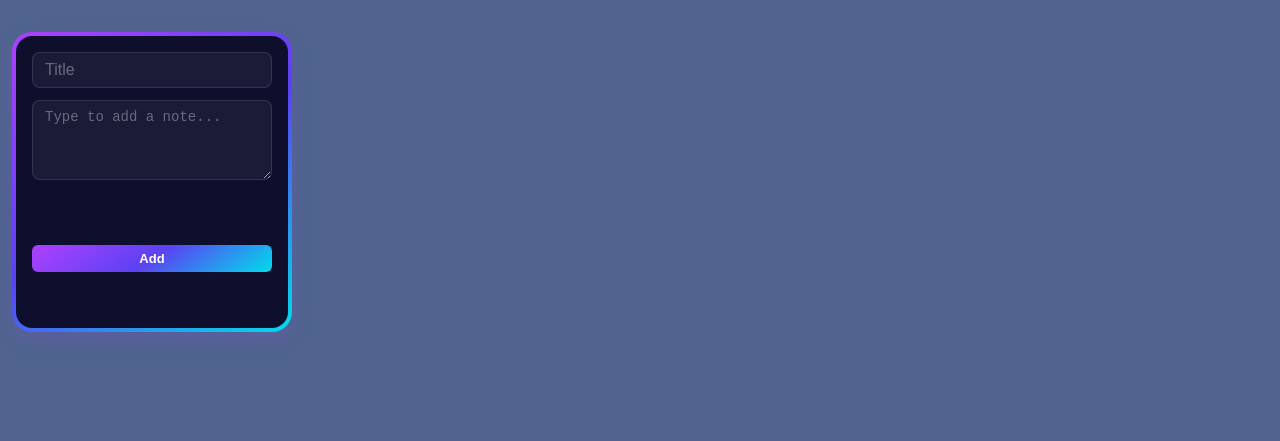
Repository: AJANI2005/Notes-App
Page: /
These files come from the project's save history. The page is drawn as it stood at one moment and after the next save; the edit follows.
The browser window is 1280 px wide. The pictures show the whole page.
The project was rebuilt for these pictures with package versions that can differ from the ones it lists, and the page was loaded fresh each time. Also part of the build but not shown: vite.config.ts, src/App.css, src/style/dialogbox.css, src/DialogBox.tsx.

Above is the page before, as saved 2025-07-31 18:50:22.

### src/index.css
:root {
  font-family: system-ui, Avenir, Helvetica, Arial, sans-serif;
  font-synthesis: none;
  text-rendering: optimizeLegibility;
  -webkit-font-smoothing: antialiased;
  -moz-osx-font-smoothing: grayscale;
}

body {
    margin: 0;
    font-family: 'Inter', sans-serif;
    min-height: 100vh;
    padding: 20px 0;
    background-color: #50648f;
    color: white;
}

### src/App.tsx
import { useEffect, useState } from 'react';

// styles
import "./App.css"
import "./style/note.css"
import DialogBox from './DialogBox';


interface Note {
  id: number
  title: string;
  text: string;
}

const Note = () => {
  const [text, setText] = useState('');
  const [title, setTitle] = useState('');


  //Initialize Local Storage
  useEffect(() => {
    if (!localStorage.getItem("notes")) {
      localStorage.setItem("notes", JSON.stringify([]))
    }
    if (localStorage.getItem("title")) {
      setTitle(JSON.parse(localStorage.getItem("title")!))
    }
    if (localStorage.getItem("text")) {
      setText(JSON.parse(localStorage.getItem("text")!))
    }
  }, [])

  // Store Current Data (On Refresh)
  useEffect(() => {
    if (text === '' && title === '') return
    localStorage.setItem("title", JSON.stringify(title))
    localStorage.setItem("text", JSON.stringify(text))
  }, [text, title])

  const createNote = () => {
    const note = {
      id: Date.now(),
      title: title,
      text: text
    } as Note

    // add note
    const notes = JSON.parse(localStorage.getItem("notes")!)
    notes.push(note)
    localStorage.setItem("notes", JSON.stringify(notes))

    // reset state
    setTitle("")
    setText("")
    localStorage.setItem("title", JSON.stringify(""))
    localStorage.setItem("text", JSON.stringify(""))
  }

  return (
    <form className='note'>
      <div className="note-content">
        <input
          value={title}
          placeholder='Title'
          onChange={(e) => setTitle(e.target.value)}
          type="text" className='note-title-input' />
        <textarea
          value={text}
          onChange={(e) => setText(e.target.value)}
          className='note-input'
          placeholder='Type to add a note...'></textarea>
        <button className='addBtn' onClick={createNote}>Add</button>
      </div>

    </form>
  )
}

function App() {

  const [notes, setNotes] = useState([]);



  const [editing, setEditing] = useState(false);
  const [currentNote, setCurrentNote] = useState<Note | undefined>(undefined);


  //Initialize Local Storage
  useEffect(() => {
    if (localStorage.getItem("notes")) {
      setNotes(JSON.parse(localStorage.getItem("notes")!))
    }
  }, [])

  //Save current note
  const saveNote = () => {
    const notes = JSON.parse(localStorage.getItem("notes")!)
    const index = notes.findIndex((note: Note) => note.id === currentNote?.id)
    notes[index] = currentNote
    localStorage.setItem("notes", JSON.stringify(notes))
    setEditing(false)
    // refresh
    window.location.reload()
  }
  //Delete note
  const deleteNote = () => {
    const notes = JSON.parse(localStorage.getItem("notes")!)
    const index = notes.findIndex((note: Note) => note.id === currentNote?.id)
    notes.splice(index, 1)
    localStorage.setItem("notes", JSON.stringify(notes))
    setEditing(false)
    // refresh
    window.location.reload()
  }

  return (
    <div className='app'>
      <Note />
      {/* Display Notes */}
      <div className='notes-grid'>
        {notes.map((note: Note, index) => (
          <div key={index} className='note'>
            <div className='note-content'>
              <h2 className='note-title'>{note.title}</h2>
              <p className='note-text'>{note.text}</p>
              <button className='deleteBtn'
                onClick={deleteNote}>✖</button>
              <button className='editBtn' onClick={() => {
                setEditing(true);
                setCurrentNote(note);
              }}
              >📝</button>
            </div>
          </div>))}
      </div>

      {/* Edit Dialog Box */}
      <DialogBox isOpen={editing} onClose={() => setEditing(false)}>
        <form className='note'>
          <div className='note-content'>
            <input
              value={currentNote?.title}
              placeholder='Title'
              onChange={(e) => setCurrentNote({ ...currentNote, title: e.target.value } as Note)}
              type="text" className='note-title-input' />

            <textarea
              value={currentNote?.text}
              onChange={(e) => setCurrentNote({ ...currentNote, text: e.target.value } as Note)}
              className='note-input'
              placeholder='Type to add a note...'></textarea>

            <button className='addBtn' onClick={() => {
              saveNote()
              setEditing(false)
            }}>Save</button>
          </div>
        </form>
      </DialogBox>
    </div>
  )
}

export default App

### src/style/note.css
/* Make all elements respect card boundaries */
*,
*::before,
*::after {
  box-sizing: border-box;
}

/* --- Note Card --- */
.note {
  display: flex;
  flex-direction: column;
  width: 280px;
  height: 300px;
  padding: 4px; /* Gradient border thickness */
  border-radius: 20px;
  background: linear-gradient(145deg, #af40ff, #5b42f3 50%, #00ddeb);
  box-shadow: rgba(151, 65, 252, 0.15) 0 8px 20px;
  margin: 12px;
  position: relative;
  transition: transform 0.2s ease, box-shadow 0.2s ease;
  overflow: hidden; /* ensures no element spills outside */
}

.note:hover {
  transform: translateY(-4px);
  box-shadow: rgba(151, 65, 252, 0.25) 0 12px 28px;
}

/* Inner dark surface */
.note-content {
  flex: 1;
  display: flex;
  flex-direction: column;
  gap: 12px;
  padding: 16px;
  padding-bottom: 56px; /* space for buttons */
  border-radius: 16px;
  background: #0d0f2d;
  color: white;
  position: relative;
  overflow: hidden;
}

/* --- Inputs --- */
.note-title-input,
.note-input {
  width: 100%;
  border-radius: 8px;
  border: 1px solid rgba(255, 255, 255, 0.12);
  background: rgba(255, 255, 255, 0.05);
  color: white;
  outline: none;
  padding: 8px 12px;
  transition: 0.2s border-color, 0.2s background-color;
}

.note-title-input::placeholder,
.note-input::placeholder {
  color: rgba(255, 255, 255, 0.35);
}

.note-title-input {
  font-size: 16px;
  font-weight: 500;
}

.note-input {
  min-height: 80px;
  font-size: 14px;
  resize: vertical;
}

.note-title-input:focus,
.note-input:focus {
  border-color: #5b42f3;
  background: rgba(255, 255, 255, 0.1);
}

/* --- Buttons --- */
.addBtn,
.deleteBtn,
.editBtn {
  border: none;
  padding: 6px 12px;
  font-size: 13px;
  font-weight: 600;
  border-radius: 6px;
  cursor: pointer;
  color: white;
  transition: transform 0.2s ease, filter 0.2s ease;
}

/* Primary Add Button */
.addBtn {
  background: linear-gradient(145deg, #af40ff, #5b42f3 50%, #00ddeb);
  margin-top: auto;
}

.addBtn:hover {
  transform: scale(1.05);
  filter: brightness(1.1);
}

/* Action buttons at bottom-left */
.deleteBtn,
.editBtn {
  position: absolute;
  bottom: 12px;
}

.deleteBtn {
  left: 12px;
  background: linear-gradient(145deg, #ff416c, #ff4b2b); /* neon pink-red */
}

.deleteBtn:hover {
  transform: scale(1.05);
  filter: brightness(1.1);
}

.editBtn {
  left: 72px;
  background: linear-gradient(145deg, #00c9ff, #92fe9d); /* cyan-green neon */
  color: #0d0f2d;
}

.editBtn:hover {
  transform: scale(1.05);
  filter: brightness(1.1);
}

/* --- Note Display --- */
.note-title {
  font-size: 18px;
  font-weight: 600;
  color: white;
  margin-bottom: 4px;
}

.note-text {
  font-size: 14px;
  color: rgba(255, 255, 255, 0.85);
  line-height: 1.5;
  white-space: pre-wrap;
}

/* --- Grid for Notes --- */
.notes-grid {
  display: grid;
  grid-template-columns: repeat(auto-fill, minmax(250px, 1fr));
  gap: 24px;
  padding: 20px;
  justify-items: center;
}

Loaded but not shown: index.html (common file); src/main.tsx (common file)

After the next save:
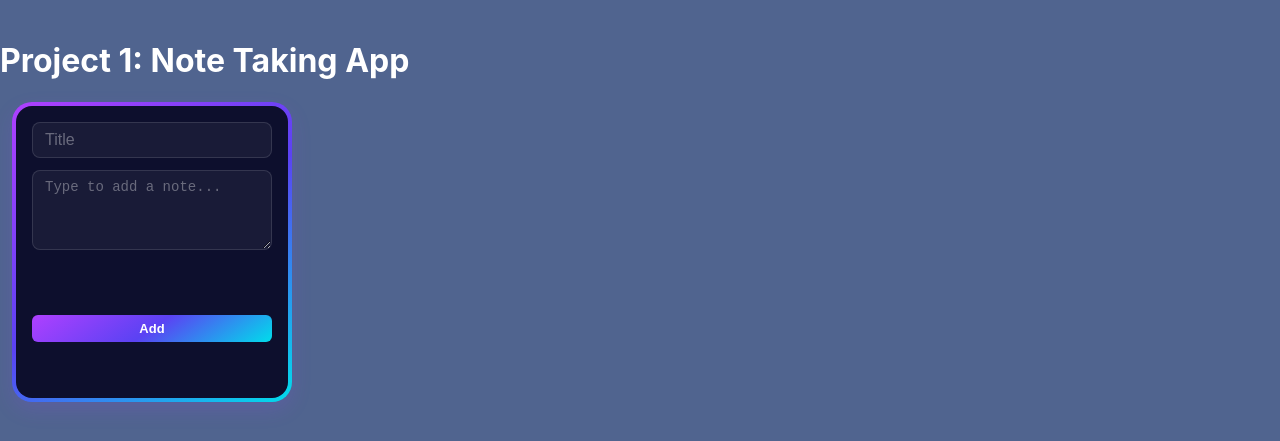
Saved 61 s later.
--- a/src/App.tsx
+++ b/src/App.tsx
@@ -116,6 +116,7 @@ function App() {
 
   return (
     <div className='app'>
+      <h1>Project 1: Note Taking App</h1>
       <Note />
       {/* Display Notes */}
       <div className='notes-grid'>
